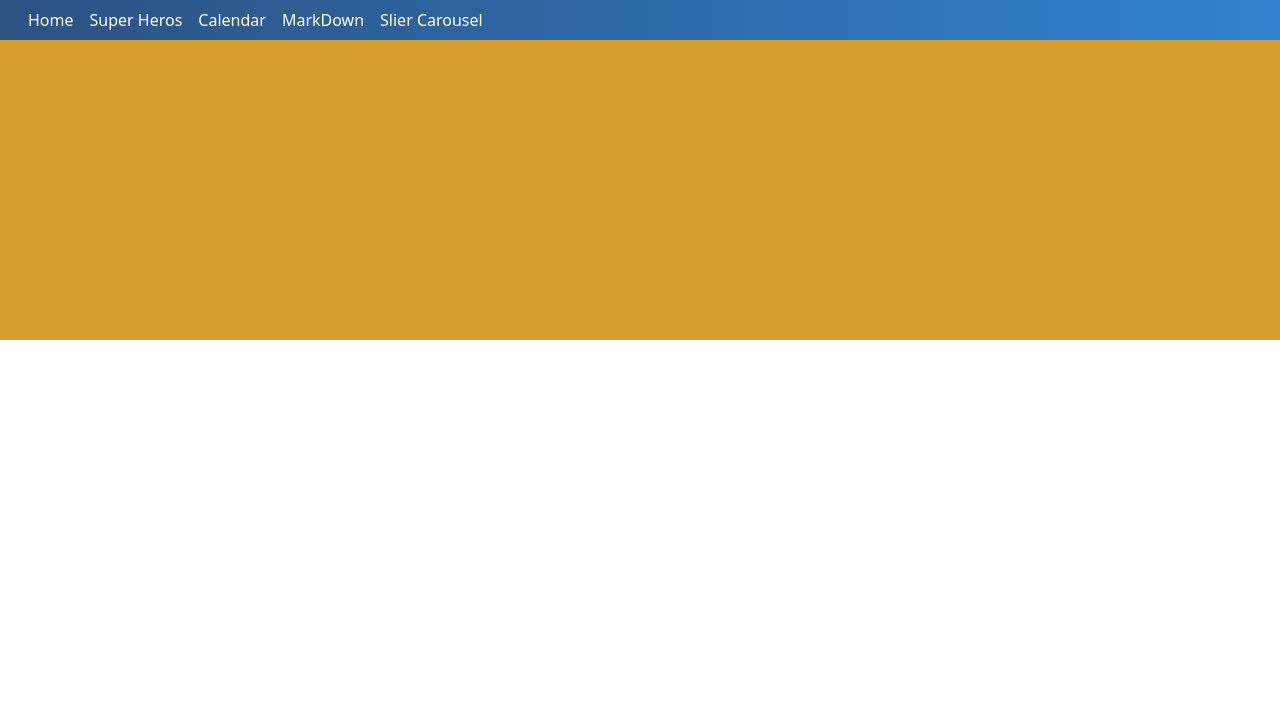
Repository: kshvkndl/VueFullCoursePractice
Page: /slider
An editor plug-in stored every save of this project. The page is shown before and after the next save, followed by the edit.
The browser window is 1280 px wide. The pictures show the whole page.
The project was rebuilt for these pictures with package versions that can differ from the ones it lists, and the page was loaded fresh each time. Also part of the build but not shown: src/pages/SuperHeros.vue, src/pages/Calender.vue, src/pages/Home.vue, src/utilities/mixins/debounce.js, src/pages/MarkDown.vue.

Above is the page before, as saved 2020-11-19 16:39:34.

After the next save:
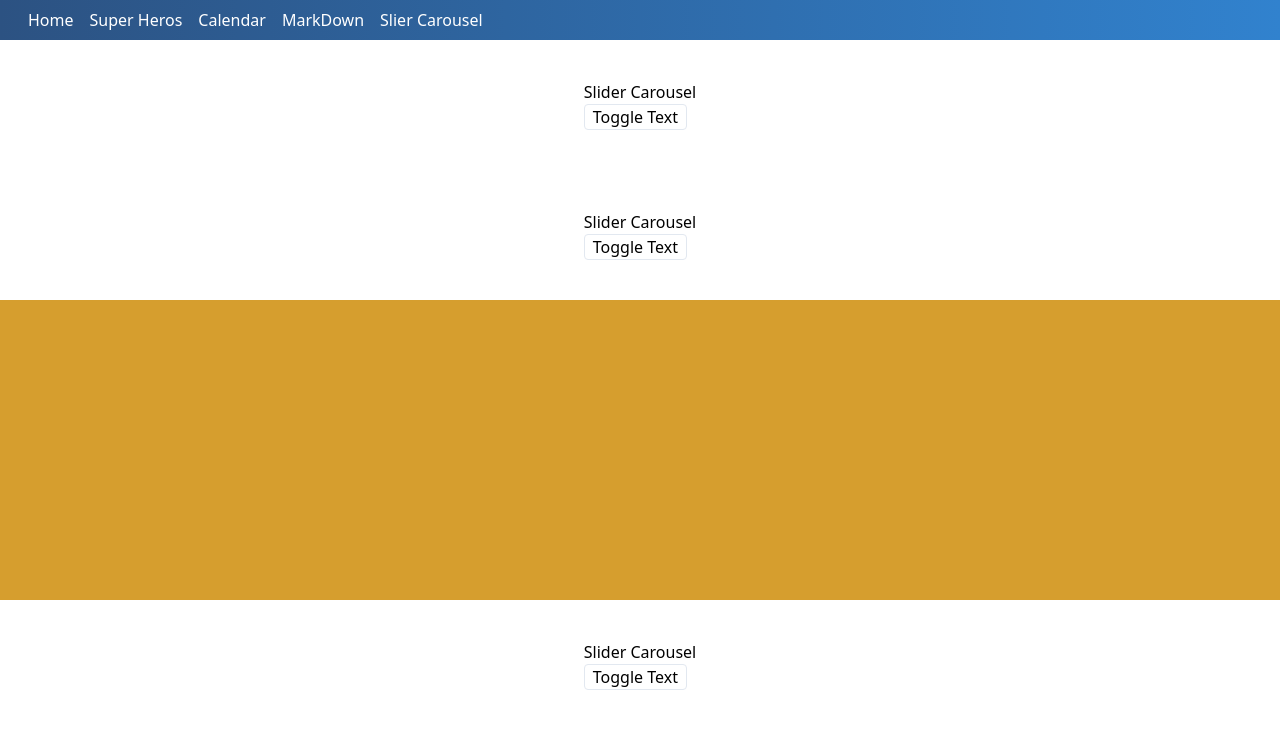
Saved 46 h 28 min later.
--- a/src/pages/Slider.vue
+++ b/src/pages/Slider.vue
@@ -1,11 +1,17 @@
 <template>
   <div class="flex flex-wrap w-full">
-    <div class="absolute w-full" v-for="(color, index) in sliders" :key="color">
+    <div class="w-full" v-for="(color, index) in sliders" :key="color">
       <div
         v-if="currentSlide == index"
         :class="color"
         style="height: 300px"
       ></div>
+      <div class="my-10 flex w-full">
+        <div class="mx-auto">
+          <h1>Slider Carousel</h1>
+          <button class="px-2 rounded border">Toggle Text</button>
+        </div>
+      </div>
     </div>
   </div>
 </template>

After the 3 saves that followed:
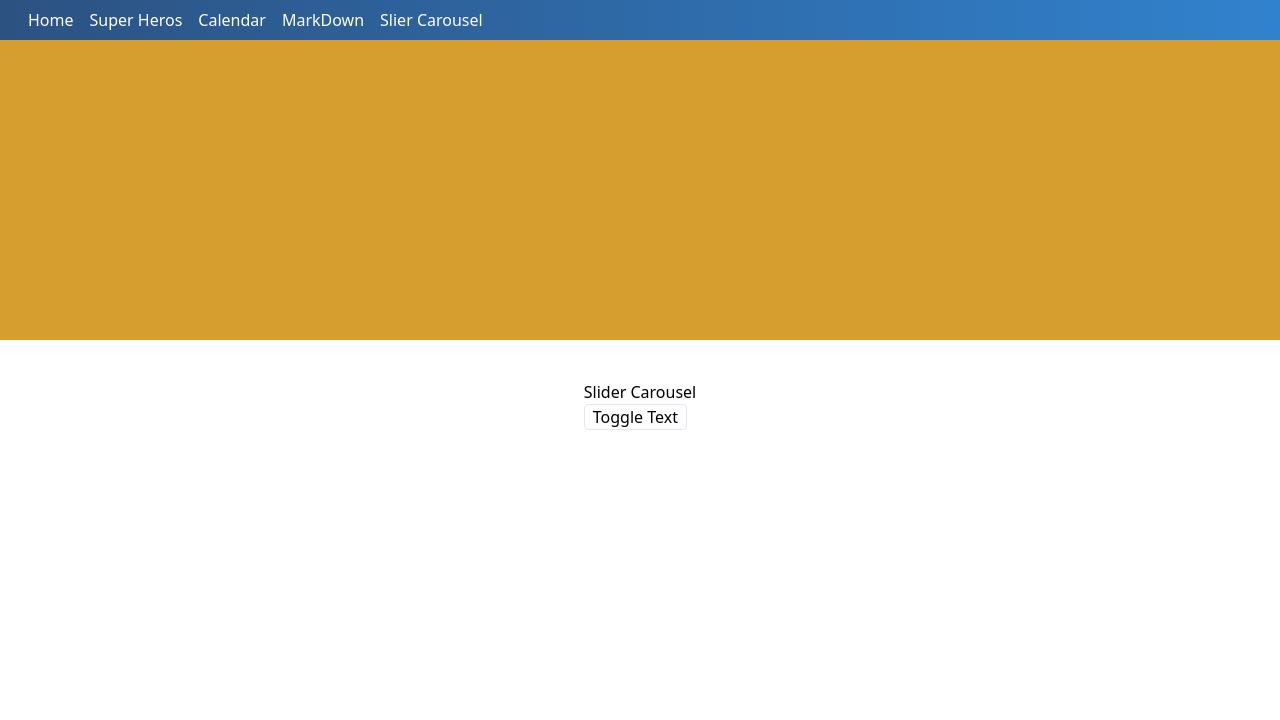
The 3 saves are shown as one change because 2 left the picture as it was.
The last was saved 4 min 19 s later.
--- a/src/pages/Slider.vue
+++ b/src/pages/Slider.vue
@@ -6,11 +6,16 @@
         :class="color"
         style="height: 300px"
       ></div>
-      <div class="my-10 flex w-full">
-        <div class="mx-auto">
-          <h1>Slider Carousel</h1>
-          <button class="px-2 rounded border">Toggle Text</button>
-        </div>
+    </div>
+    <div class="my-10 flex w-full">
+      <div class="mx-auto">
+        <h1 v-if="isTitleShowing">Slider Carousel</h1>
+        <button
+          @click="isTitleShowing = !isTitleShowing"
+          class="px-2 rounded border"
+        >
+          Toggle Text
+        </button>
       </div>
     </div>
   </div>
@@ -23,6 +28,7 @@
       currentSlide: 0,
       sliders: ["bg-teal-600", "bg-blue-600", "bg-yellow-600"],
       interval: "",
+      isTitleShowing: true,
     };
   },
   mounted() {
